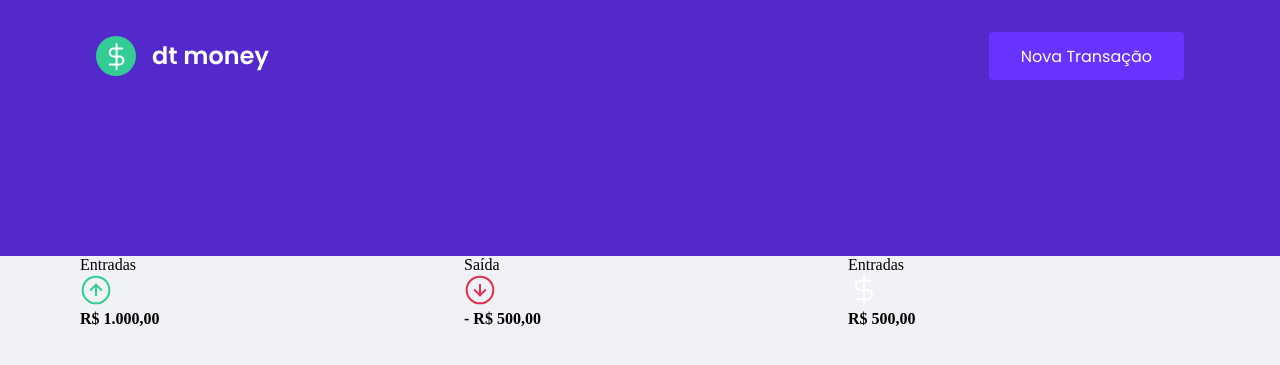
Repository: viniciusfg05/vlmoney
Page: /
An editor plug-in stored every save of this project. The page is shown before and after the next save, followed by the edit.
The browser window is 1280 px wide. The pictures show the whole page.
The project was rebuilt for these pictures with package versions that can differ from the ones it lists, and the page was loaded fresh each time.

Above is the page before, as saved 2022-02-21 14:28:00.

### public/index.html
<!DOCTYPE html>
<html lang="en">
  <head>
    <link rel="preconnect" href="https://fonts.googleapis.com" />

    <meta charset="utf-8" />
    <meta name="viewport" content="width=device-width, initial-scale=1" />

    <link rel="shortcut icon" href="favicon.png" type="image/png" />

    <link rel="preconnect" href="https://fonts.gstatic.com" crossorigin />
    <link
      href="https://fonts.googleapis.com/css2?family=Poppins:wght@400;600&display=swap"
      rel="stylesheet"
    />
    <title>VlMoney</title>
  </head>
  <body>
    <noscript>You need to enable JavaScript to run this app.</noscript>
    <div id="root"></div>
  </body>
</html>

### src/App.tsx
import { Dashboard } from './components/Dashboards';
import { Header } from './components/Header';
import { GlobalStyles } from './styles/global';

export function App() {
  return (
    <>
      <Header />
      <Dashboard />
      <GlobalStyles />
    </>
  );
}

//export default App: pq nao usar que quem defini o nome da exportação é o importação e não a exportação

### src/components/Dashboards/index.tsx
import { Summary } from "../summary";
import { Container } from "./styles";

 export function Dashboard() {
   return (
    <Container>
    <Summary />
    </Container>
   )
 }

### src/components/Header/index.tsx
import logoImg from '../../assets/logo.svg'
import { Container, Content } from './styles'

export function Header() {
  return (
    <Container>
      <Content>
        <img src={logoImg} alt="vlmoney" />
        <button>
          Nova Transação
        </button>
      </Content>
    </Container>
  )
}

### src/styles/global.ts
import { createGlobalStyle } from 'styled-components'

export const GlobalStyles = createGlobalStyle`
  :root {
    --background: #f0f2f5;
    --roxo: #5429CC;
    --roxo-light: #6933FF;
    --green: #33CC95;
    --red: #E62E4D;
    --shape: #FFFFFF;
    --title-body: #363F5F;
    --text-body: #969CB3;
  }

  *{
    margin: 0;
    padding: 0;
    box-sizing: border-box;
  }

  html {
    @media (max-width: 1080px) {
      font-size: 93.75%; // 15px
    }

    @media (max-width: 720px) {
      font-size: 87.5%; // 15px
    }
  }

  body {
    background: var(--background) ;
    -webkit-font-smothing: antialiased; //para font ficar mais nitida
  }

  border-style, input, textarea, button {
    font-family: "Poppins", sans-serif;
    font-weight: 400;
  }

  h1, h2, h3, h4, h5, h6, strong {
    font-weight: 600;
  }

  button {
    cursor: pointer;
  }

  [disabled] {
    opacity: 0.6;
    cursor: not-allowed; //nao permitido
  }
`

### src/components/summary/index.tsx
import incomeImg from '../../assets/income.svg';
import outcomeImg from '../../assets/outcome.svg';
import totalImg from '../../assets/total.svg';


import { Container } from "./styles";

 export function Summary() {
  return (

    <Container >
      <div>
        <header>
          <p>Entradas</p>
          <img src={incomeImg} alt="Entradas" />
        </header>
        <strong>R$ 1.000,00</strong>
      </div>

      <div>
        <header>
          <p>Saída</p>
          <img src={outcomeImg} alt="Saidas" />
        </header>
        <strong>- R$ 500,00</strong>
      </div>

      <div>
        <header>
          <p>Entradas</p>
          <img src={totalImg} alt="total" />
        </header>
        <strong>R$ 500,00</strong>
      </div>
    </Container >
  )
 }

### src/components/Dashboards/styles.ts
import styled from "styled-components";

 export const Container = styled.main`
  max-width: 1120px;
  margin: 0 auto;
  padding: 2.5 1rem;
 `;

### src/components/Header/styles.ts
import styled from 'styled-components'

export const Container = styled.header`
  background-color: var(--roxo);
`;

export const Content = styled.div`
  max-width: 1120px;
  margin: 0 auto;

  padding: 2rem 1rem 11rem;

  display: flex;
  align-items: center;
  justify-content: space-between;

  button{
    font-size:  1rem;
    color: #fff;
    background: var(--roxo-light);
    border: 0;
    padding: 0 2rem;
    border-radius: 0.25rem;
    height: 3rem;
    transition: 0.3s;

    &:hover {
      filter:brightness(0.9)
    }
  }
`;

### src/components/summary/styles.ts
import styled from "styled-components";

 export const Container = styled.div`
  display: grid;
  grid-template-columns: repeat(3, 1fr);
  gap: 2rem;
 `;

Loaded but not shown: src/index.tsx (common file)

After the next save:
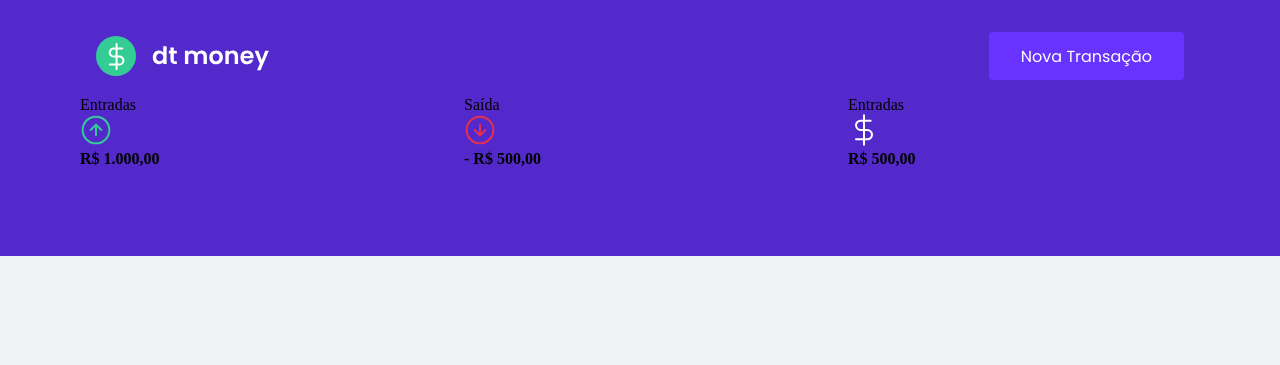
Saved 8 s later.
--- a/src/components/summary/styles.ts
+++ b/src/components/summary/styles.ts
@@ -4,4 +4,5 @@ import styled from "styled-components";
   display: grid;
   grid-template-columns: repeat(3, 1fr);
   gap: 2rem;
+  margin-top: -10rem;
  `;
